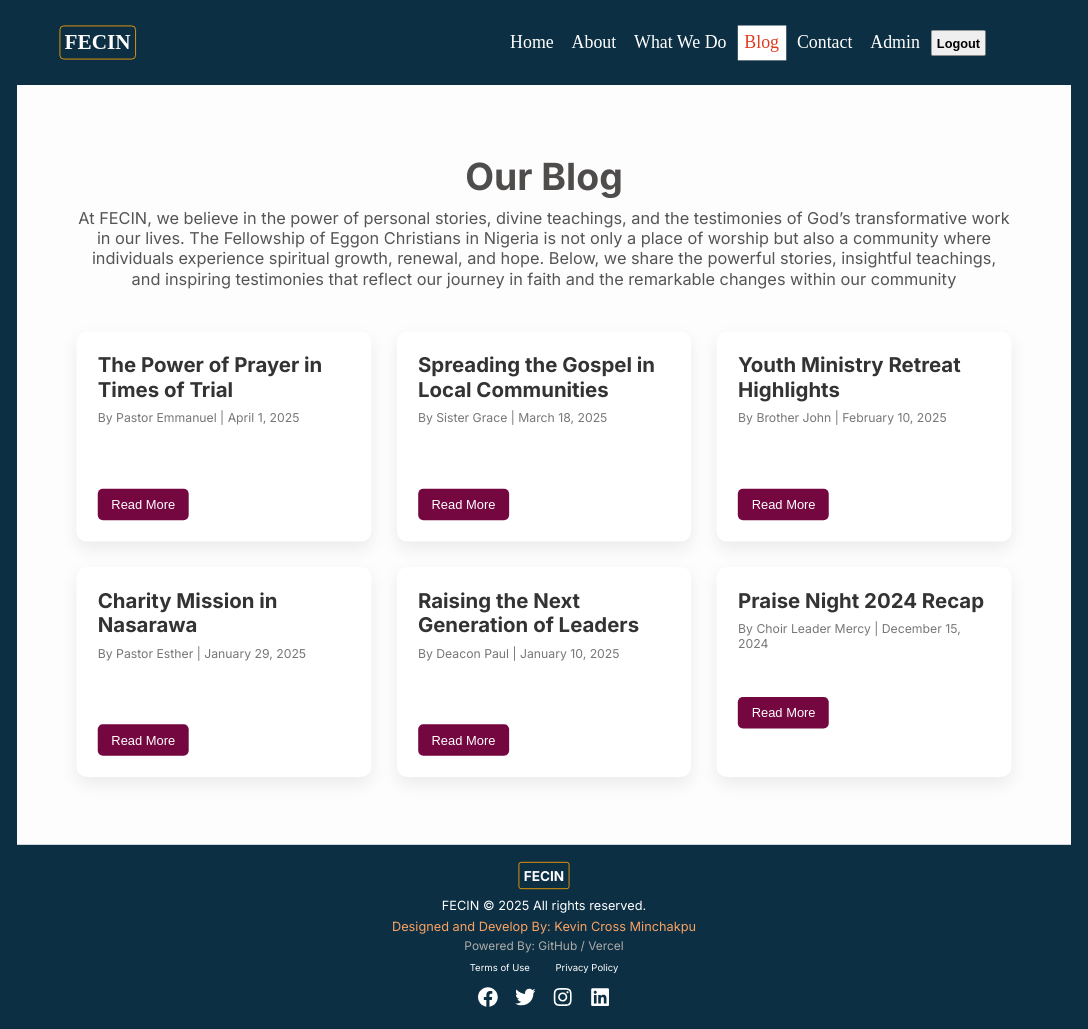
Repository: KCMinchakpu/fecin-projectgs497
Page: /blog
An editor plug-in stored every save of this project. The page is shown before and after the next save, followed by the edit.
The browser window is 1280 px wide. The pictures show the whole page, at 85% of full size.
The project was rebuilt for these pictures with package versions that can differ from the ones it lists, and the page was loaded fresh each time. The framework's server and built-in components were replaced by stand-ins that run in the browser. Also part of the build but not shown: next.config.mjs.

Above is the page before, as saved 2025-04-05 22:54:29.

After the next save:
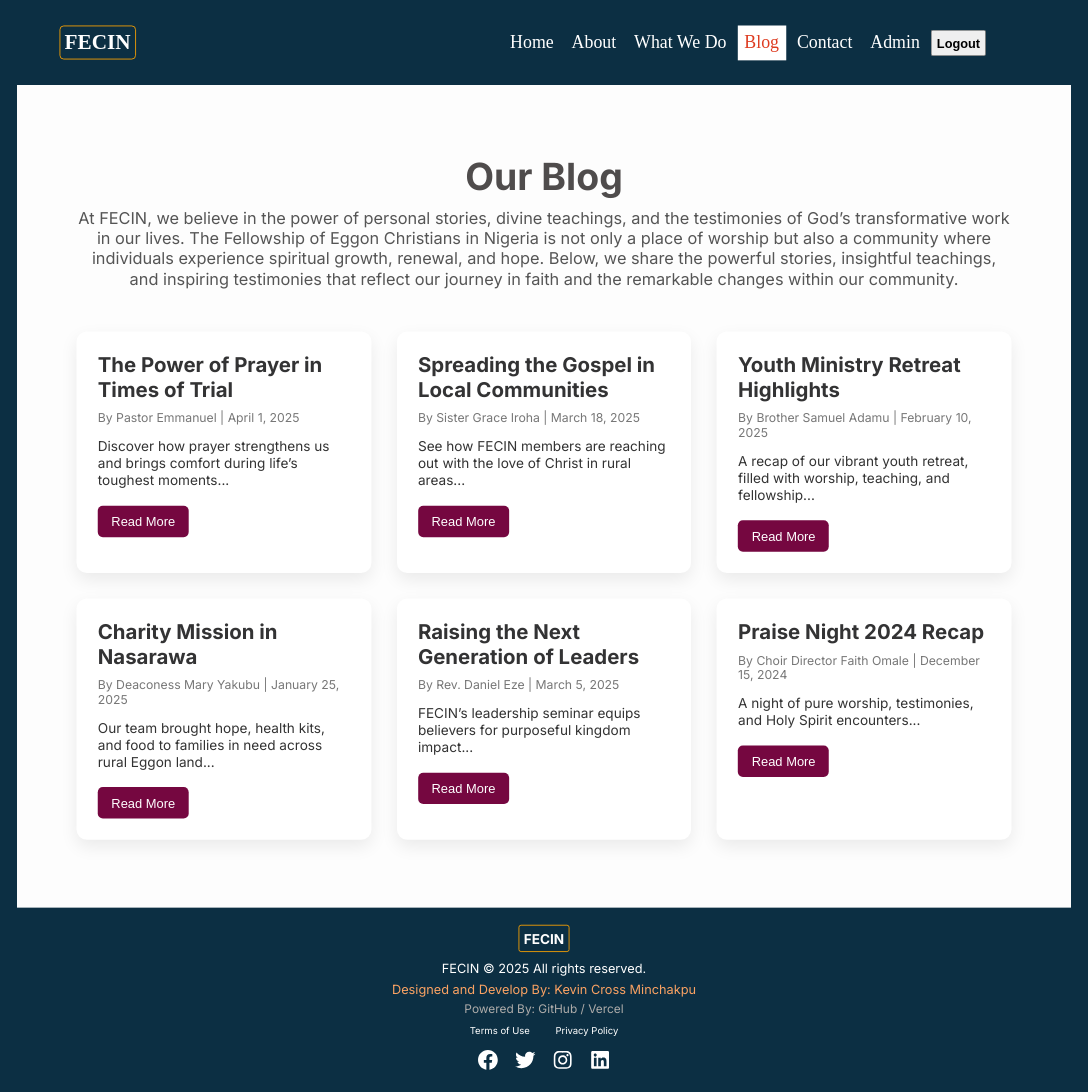
Saved 5 min 44 s later.
--- a/src/app/blog/page.jsx
+++ b/src/app/blog/page.jsx
@@ -1,50 +1,49 @@
 import React from 'react';
 import styles from './blog.module.css';
 import Link from 'next/link';
-
 
 const blogPosts = [
   {
     title: 'The Power of Prayer in Times of Trial',
     slug: 'the-power-of-prayer',
-    content: 'Discover how prayer strengthens us and brings comfort during life’s toughest moments...',
+    excerpt: 'Discover how prayer strengthens us and brings comfort during life’s toughest moments...',
     date: 'April 1, 2025',
     author: 'Pastor Emmanuel',
   },
   {
     title: 'Spreading the Gospel in Local Communities',
-    slug: 'spreading-the-gospel',
-    content: 'See how FECIN members are reaching out with the love of Christ in rural areas...',
+    slug: 'spreading-the-gospel-in-local-communities',
+    excerpt: 'See how FECIN members are reaching out with the love of Christ in rural areas...',
     date: 'March 18, 2025',
-    author: 'Sister Grace',
+    author: 'Sister Grace Iroha',
   },
   {
     title: 'Youth Ministry Retreat Highlights',
-    slug: 'youth-ministry',
-    content: 'A recap of our vibrant youth retreat, filled with worship, teaching, and fellowship...',
+    slug: 'youth-ministry-retreat-highlights',
+    excerpt: 'A recap of our vibrant youth retreat, filled with worship, teaching, and fellowship...',
     date: 'February 10, 2025',
-    author: 'Brother John',
+    author: 'Brother Samuel Adamu',
   },
   {
     title: 'Charity Mission in Nasarawa',
-    slug: 'charity-mission',
-    content: 'Our team brought hope, health kits, and food to families in need across rural Eggon land...',
-    date: 'January 29, 2025',
-    author: 'Pastor Esther',
+    slug: 'charity-mission-in-nasarawa',
+    excerpt: 'Our team brought hope, health kits, and food to families in need across rural Eggon land...',
+    date: 'January 25, 2025',
+    author: 'Deaconess Mary Yakubu',
   },
   {
     title: 'Raising the Next Generation of Leaders',
-    slug: 'raising-the-next-generation',
-    content: 'FECIN’s leadership seminar equips believers for purposeful kingdom impact...',
-    date: 'January 10, 2025',
-    author: 'Deacon Paul',
+    slug: 'raising-the-next-generation-of-leaders',
+    excerpt: 'FECIN’s leadership seminar equips believers for purposeful kingdom impact...',
+    date: 'March 5, 2025',
+    author: 'Rev. Daniel Eze',
   },
   {
     title: 'Praise Night 2024 Recap',
-    slug: 'praise-night',
-    content: 'A night of pure worship, testimonies, and Holy Spirit encounters...',
+    slug: 'praise-night-2024-recap',
+    excerpt: 'A night of pure worship, testimonies, and Holy Spirit encounters...',
     date: 'December 15, 2024',
-    author: 'Choir Leader Mercy',
+    author: 'Choir Director Faith Omale',
   },
 ];
 
@@ -54,7 +53,7 @@ const BlogPage = () => {
       <div className={styles.container}>
         <h1 className={styles.heading}>Our Blog</h1>
         <p className={styles.subheading}>
-        At FECIN, we believe in the power of personal stories, divine teachings, and the testimonies of God’s transformative work in our lives. The Fellowship of Eggon Christians in Nigeria is not only a place of worship but also a community where individuals experience spiritual growth, renewal, and hope. Below, we share the powerful stories, insightful teachings, and inspiring testimonies that reflect our journey in faith and the remarkable changes within our community
+          At FECIN, we believe in the power of personal stories, divine teachings, and the testimonies of God’s transformative work in our lives. The Fellowship of Eggon Christians in Nigeria is not only a place of worship but also a community where individuals experience spiritual growth, renewal, and hope. Below, we share the powerful stories, insightful teachings, and inspiring testimonies that reflect our journey in faith and the remarkable changes within our community.
         </p>
         <div className={styles.grid}>
           {blogPosts.map((post, index) => (
@@ -63,7 +62,7 @@ const BlogPage = () => {
               <p className={styles.meta}>
                 By {post.author} | {post.date}
               </p>
-              <p className={styles.content}>{post.content}</p>
+              <p className={styles.excerpt}>{post.excerpt}</p>
               <Link href={`/blog/${post.slug}`}>
                 <button className={styles.readMore}>Read More</button>
               </Link>
